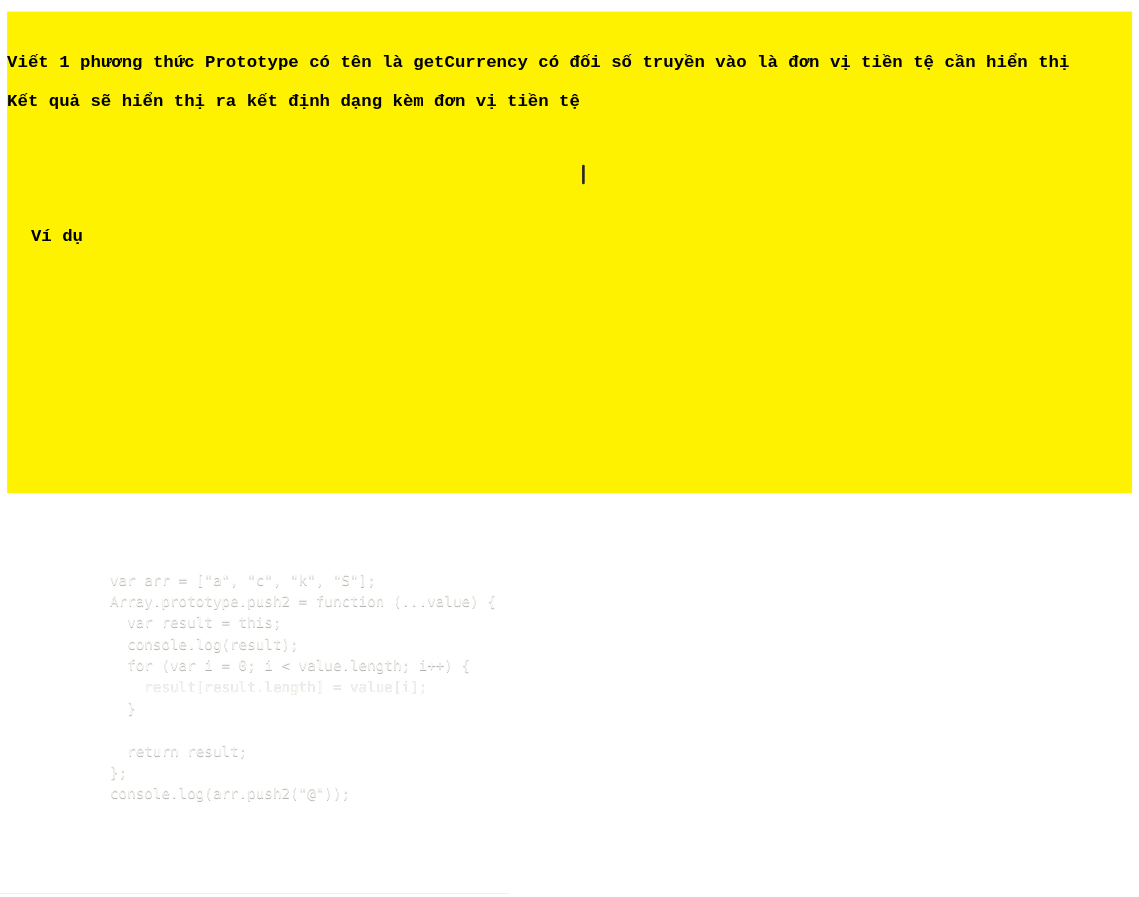
Repository: Dongnguyen318/Quydong
Page: Day 22.1/ex03.html
These files come from the project's save history. The page is drawn as it stood at one moment and after the next save; the edit follows.
The browser window is 1280 px wide. The pictures show the whole page, at 89% of full size.

Above is the page before, as saved 2023-09-05 23:18:34.

### Day 22.1/ex03.html
<!DOCTYPE html>
<html lang="en">
  <head>
    <meta charset="UTF-8" />
    <meta name="viewport" content="width=device-width, initial-scale=1.0" />
    <title>Document</title>
    <link
      rel="stylesheet"
      href="https://cdn.jsdelivr.net/npm/prismjs@1.29.0/themes/prism-okaidia.min.css"
    />
    <script src="./js/3.js"></script>
  </head>
  <body>
    <pre style="background-color: rgb(255, 242, 0)">
        <code >
            <h2>Viết 1 phương thức Prototype có tên là getCurrency có đối số truyền vào là đơn vị tiền tệ cần hiển thị

Kết quả sẽ hiển thị ra kết định dạng kèm đơn vị tiền tệ</h2>
<p style="text-align: center;">
    <code class="language-js">
    </code>
    <h2 style="padding: 15px;" > Ví dụ</h2>
    <pre>
        <code class="language-js" >

        </code>
    </pre>


</p>
        </code>
    </pre>
    <br />
    <br />
    <pre>
        <code class="language-js">
            var arr = ["a", "c", "k", "S"];
            Array.prototype.push2 = function (...value) {
              var result = this;
              console.log(result);
              for (var i = 0; i < value.length; i++) {
                result[result.length] = value[i];
              }

              return result;
            };
            console.log(arr.push2("@"));


        </code>
    </pre>
    <script src="https://cdn.jsdelivr.net/npm/prismjs@1.29.0/components/prism-core.min.js"></script>
    <script src="https://cdn.jsdelivr.net/npm/prismjs@1.29.0/plugins/autoloader/prism-autoloader.min.js"></script>
  </body>
</html>

### Day 22.1/js/3.js
var arr = ["a", "c", "k", "S"];
Array.prototype.push2 = function (...value) {
  var result = this;
  console.log(result);
  for (var i = 0; i < value.length; i++) {
    result[result.length] = value[i];
  }

  return result;
};
console.log(arr.push2("@"));

After the next save:
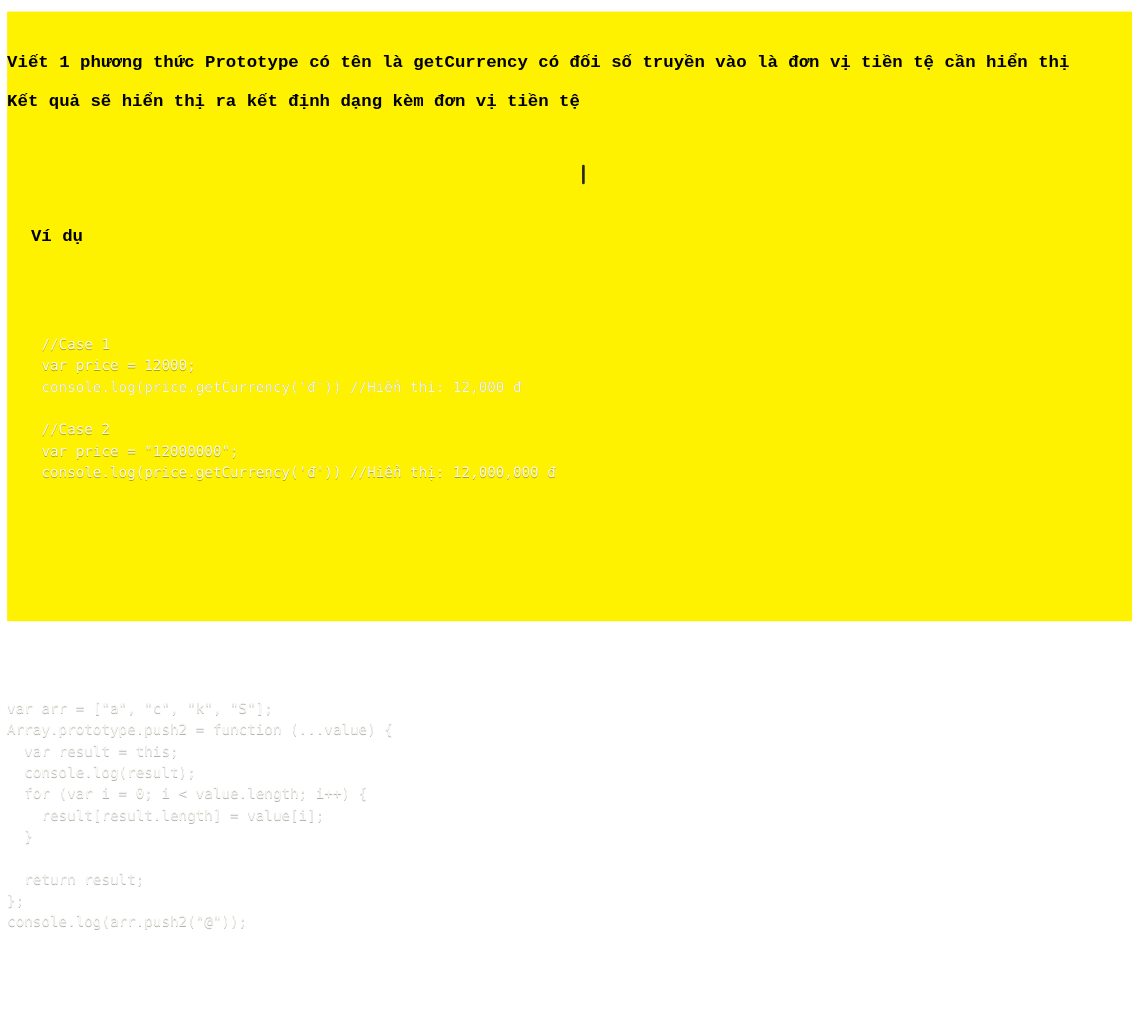
Saved 4 s later.
--- a/Day 22.1/ex03.html
+++ b/Day 22.1/ex03.html
@@ -22,7 +22,13 @@ Kết quả sẽ hiển thị ra kết định dạng kèm đơn vị tiền t
     <h2 style="padding: 15px;" > Ví dụ</h2>
     <pre>
         <code class="language-js" >
+    //Case 1
+    var price = 12000;
+    console.log(price.getCurrency('đ')) //Hiển thị: 12,000 đ
 
+    //Case 2
+    var price = "12000000";
+    console.log(price.getCurrency('đ')) //Hiển thị: 12,000,000 đ
         </code>
     </pre>
 
@@ -34,17 +40,17 @@ Kết quả sẽ hiển thị ra kết định dạng kèm đơn vị tiền t
     <br />
     <pre>
         <code class="language-js">
-            var arr = ["a", "c", "k", "S"];
-            Array.prototype.push2 = function (...value) {
-              var result = this;
-              console.log(result);
-              for (var i = 0; i < value.length; i++) {
-                result[result.length] = value[i];
-              }
+var arr = ["a", "c", "k", "S"];
+Array.prototype.push2 = function (...value) {
+  var result = this;
+  console.log(result);
+  for (var i = 0; i < value.length; i++) {
+    result[result.length] = value[i];
+  }
 
-              return result;
-            };
-            console.log(arr.push2("@"));
+  return result;
+};
+console.log(arr.push2("@"));
 
 
         </code>
